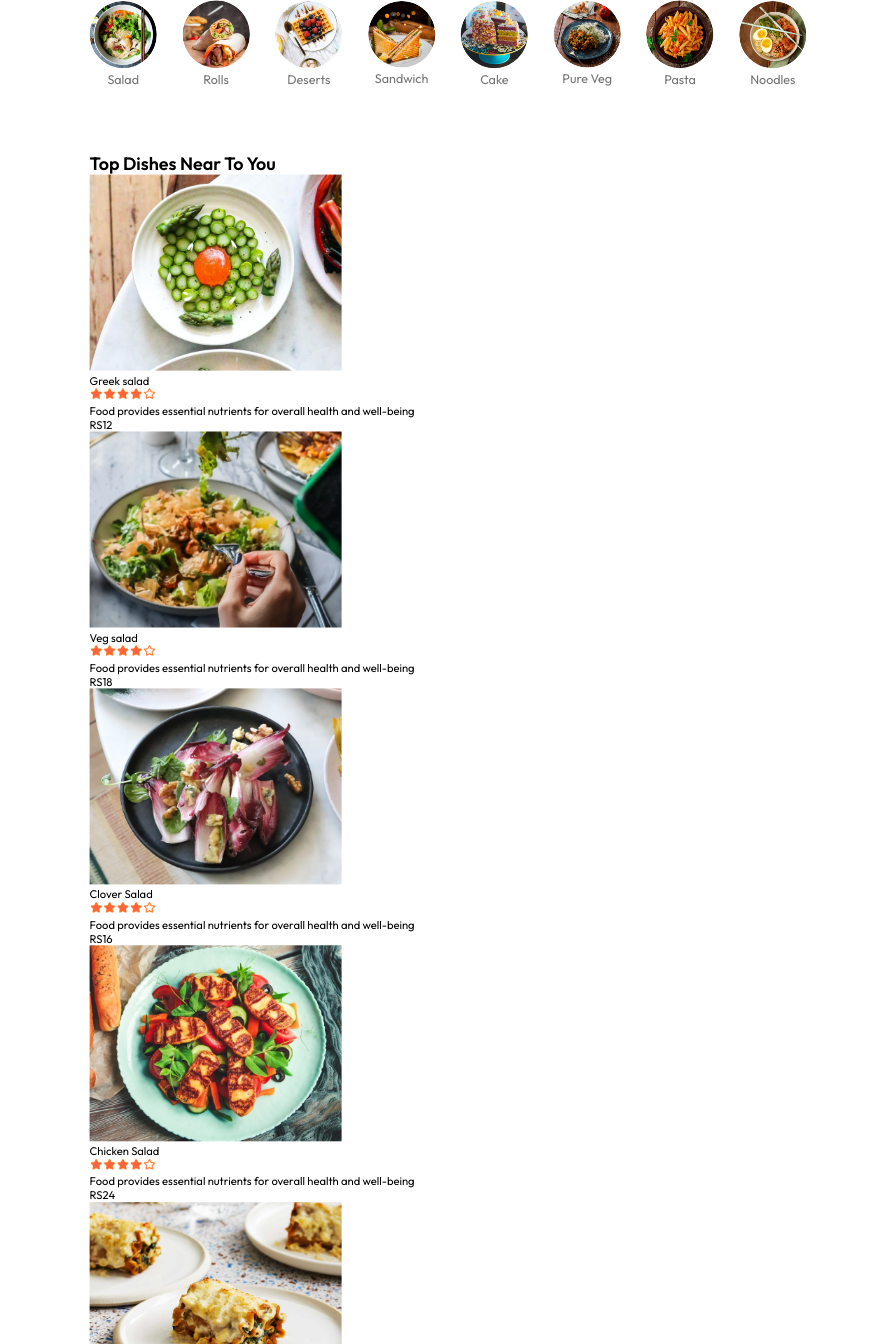
Repository: Attar786/Food-ordering-app
Page: / (app in frontend/)
The author's editor kept a copy of each file at every save. The page is drawn from the files as they stood at one save, then again after the next save.
The browser window is 1280 px wide. The pictures show the part of the page from y = 708 to 2628 px (the page is 12702 px tall before and 4054 px after), at 70% of full size.
The project was rebuilt for these pictures with package versions that can differ from the ones it lists, and the page was loaded fresh each time. Also part of the build but not shown: frontend/vite.config.js, frontend/src/components/FoodItem/FoodItem.css, frontend/src/pages/Cart/Cart.css, frontend/src/pages/Cart/Cart.jsx, frontend/src/pages/PlaceOrder/PlaceOrder.css, frontend/src/pages/PlaceOrder/PlaceOrder.jsx.

Above is the page before, as saved 2024-07-25 20:44:37.

### frontend/src/main.jsx
import ReactDOM from 'react-dom/client'
import App from './App.jsx'
import './index.css'
import {BrowserRouter} from 'react-router-dom'
import StoreContextProvider from './context/StoreContext.jsx'
ReactDOM.createRoot(document.getElementById('root')).render(
<BrowserRouter>

<StoreContextProvider>
<App />
</StoreContextProvider>

    </BrowserRouter>
)

### frontend/src/App.jsx
import './index.css'
import Navbar from "./components/Navbar/Navbar"
import Home from './pages/Home/Home'
import Cart from './pages/Cart/Cart'
import PlaceOrder from './pages/PlaceOrder/PlaceOrder'
import { Route, Routes } from 'react-router-dom'


function App() {

  return (
    <>

  <div className='app'>
  <Navbar/>
<Routes>
<Route path='/' element={<Home/>}/>
<Route path='/cart' element={<Cart/>}/>
<Route path='/order' element={<PlaceOrder/>}/>

</Routes>
  </div>
    </>
  )
}

export default App

### frontend/src/index.css
@import url('https://fonts.googleapis.com/css2?family=Outfit:wght@100..900&display=swap');


*{
margin: 0;
padding: 0;
 box-sizing: border-box;
 font-family: outfit;
}
body{
height: 100vh;
}
a{
text-decoration: none;
color : inherit;
}
.app{
    width: 80%;
    margin: auto;
}
@keyframes fadeIn{
    0%{
        opacity: 0;
    }
    100%{
        opacity: 1;
    }
}

### frontend/src/context/StoreContext.jsx
// import './StoreContext.css';
// import { createContext } from 'react';
// import { food_list } from '../assets/assets';
// export const StoreContext = createContext(null);

// const StoreContextProvider = (props) => {
//   const contextValue = {};
//   food_list
//   return (
//     <StoreContext.Provider value={contextValue}>
//       {props.children}
//     </StoreContext.Provider>
//   );
// };

// export default StoreContextProvider;

import './StoreContext.css';
import { createContext } from 'react';
import { food_list } from '../assets/assets'; // Ensure this path is correct and food_list is correctly exported

export const StoreContext = createContext(null);

const StoreContextProvider = (props) => {
  const contextValue = {
    food_list, // Assign food_list to contextValue
  };

  return (
    <StoreContext.Provider value={contextValue}>
      {props.children}
    </StoreContext.Provider>
  );
};

export default StoreContextProvider;

### frontend/src/components/Navbar/Navbar.jsx
import { useState } from 'react';
import './Navbar.css';
import { assets } from '../../assets/assets';

const Navbar = () => {
  const [menu, setMenu] = useState("home");

  const handleMenuClick = (menuItem) => {
    setMenu(menuItem);
  };

  return (
    <div className="Navbar">
      <img src={assets.logo} alt="Logo" className="logo" />
      <ul className="navbar-menu">
        <li onClick={() => handleMenuClick("home")} className={menu === "home" ? "active" : ""}>Home</li>
        <li onClick={() => handleMenuClick("menu")} className={menu === "menu" ? "active" : ""}>Menu</li>
        <li onClick={() => handleMenuClick("mobile-app")} className={menu === "mobile-app" ? "active" : ""}>Mobile App</li>
        <li onClick={() => handleMenuClick("contact-us")} className={menu === "contact-us" ? "active" : ""}>Contact Us</li>
      </ul>
      <div className="navbar-right">
        <img src={assets.search_icon} alt="search-icon" />
        <div>
          <img src={assets.basket_icon} alt="icons" />
          <div className="dot"></div>
        </div>
        <button>Sign In</button>
      </div>
    </div>
  );
}

export default Navbar;

### frontend/src/pages/Home/Home.jsx
import {useState} from 'react'
import Header from '../../components/Header/Header'
import ExploreMenu from '../../components/ExploreMenu/ExploreMenu'
import './Home.css'
import FoodDisplay from '../../components/FoodDisplay/FoodDisplay'

const Home = () => {
    const [category , setCategory ] = useState('All')
  return (
    <>
<Header/>
<ExploreMenu category={category} setCategory={setCategory}/>
<FoodDisplay category={category} />

</>
)
}

export default Home

### frontend/src/assets/assets.js
import basket_icon from './basket_icon.png'
import logo from './logo.png'
import header_img from './header_img.png'
import search_icon from './search_icon.png'
import menu_1 from './menu_1.png'
import menu_2 from './menu_2.png'
import menu_3 from './menu_3.png'
import menu_4 from './menu_4.png'
import menu_5 from './menu_5.png'
import menu_6 from './menu_6.png'
import menu_7 from './menu_7.png'
import menu_8 from './menu_8.png'

import food_1 from './food_1.png'
import food_2 from './food_2.png'
import food_3 from './food_3.png'
import food_4 from './food_4.png'
import food_5 from './food_5.png'
import food_6 from './food_6.png'
import food_7 from './food_7.png'
import food_8 from './food_8.png'
import food_9 from './food_9.png'
import food_10 from './food_10.png'
import food_11 from './food_11.png'
import food_12 from './food_12.png'
import food_13 from './food_13.png'
import food_14 from './food_14.png'
import food_15 from './food_15.png'
import food_16 from './food_16.png'
import food_17 from './food_17.png'
import food_18 from './food_18.png'
import food_19 from './food_19.png'
import food_20 from './food_20.png'
import food_21 from './food_21.png'
import food_22 from './food_22.png'
import food_23 from './food_23.png'
import food_24 from './food_24.png'
import food_25 from './food_25.png'
import food_26 from './food_26.png'
import food_27 from './food_27.png'
import food_28 from './food_28.png'
import food_29 from './food_29.png'
import food_30 from './food_30.png'
import food_31 from './food_31.png'
import food_32 from './food_32.png'

import add_icon_white from './add_icon_white.png'
import add_icon_green from './add_icon_green.png'
import remove_icon_red from './remove_icon_red.png'
import app_store from './app_store.png'
import play_store from './play_store.png'
import linkedin_icon from './linkedin_icon.png'
import facebook_icon from './facebook_icon.png'
import twitter_icon from './twitter_icon.png'
import cross_icon from './cross_icon.png'
import selector_icon from './selector_icon.png'
import rating_starts from './rating_starts.png'
import profile_icon from './profile_icon.png'
import bag_icon from './bag_icon.png'
import logout_icon from './logout_icon.png'
import parcel_icon from './parcel_icon.png'

export const assets = {
    logo,
    basket_icon,
    header_img,
    search_icon,
    rating_starts,
    add_icon_green,
    add_icon_white,
    remove_icon_red,
    app_store,
    play_store,
    linkedin_icon,
    facebook_icon,
    twitter_icon,
    cross_icon,
    selector_icon,
    profile_icon,
    logout_icon,
    bag_icon,
    parcel_icon
}

export const menu_list = [
    {
        menu_name: "Salad",
        menu_image: menu_1
    },
    {
        menu_name: "Rolls",
        menu_image: menu_2
    },
    {
        menu_name: "Deserts",
        menu_image: menu_3
    },
    {
        menu_name: "Sandwich",
        menu_image: menu_4
    },
    {
        menu_name: "Cake",
        menu_image: menu_5
    },
    {
        menu_name: "Pure Veg",
        menu_image: menu_6
    },
    {
        menu_name: "Pasta",
        menu_image: menu_7
    },
    {
        menu_name: "Noodles",
        menu_image: menu_8
    }]

export const food_list = [
    {
        _id: "1",
        name: "Greek salad",
        image: food_1,
        price: 12,
        description: "Food provides essential nutrients for overall health and well-being",
        category: "Salad"
    },
    {
        _id: "2",
        name: "Veg salad",
        image: food_2,
        price: 18,
        description: "Food provides essential nutrients for overall health and well-being",
        category: "Salad"
    }, {
        _id: "3",
        name: "Clover Salad",
        image: food_3,
        price: 16,
        description: "Food provides essential nutrients for overall health and well-being",
        category: "Salad"
    }, {
        _id: "4",
        name: "Chicken Salad",
        image: food_4,
        price: 24,
        description: "Food provides essential nutrients for overall health and well-being",
        category: "Salad"
    }, {
        _id: "5",
        name: "Lasagna Rolls",
        image: food_5,
        price: 14,
        description: "Food provides essential nutrients for overall health and well-being",
        category: "Rolls"
    }, {
        _id: "6",
        name: "Peri Peri Rolls",
        image: food_6,
        price: 12,
        description: "Food provides essential nutrients for overall health and well-being",
        category: "Rolls"
    }, {
        _id: "7",
        name: "Chicken Rolls",
        image: food_7,
        price: 20,
        description: "Food provides essential nutrients for overall health and well-being",
        category: "Rolls"
    }, {
        _id: "8",
        name: "Veg Rolls",
        image: food_8,
        price: 15,
        description: "Food provides essential nutrients for overall health and well-being",
        category: "Rolls"
    }, {
        _id: "9",
        name: "Ripple Ice Cream",
        image: food_9,
        price: 14,
        description: "Food provides essential nutrients for overall health and well-being",
        category: "Deserts"
    }, {
        _id: "10",
        name: "Fruit Ice Cream",
        image: food_10,
        price: 22,
        description: "Food provides essential nutrients for overall health and well-being",
        category: "Deserts"
    }, {
        _id: "11",
        name: "Jar Ice Cream",
        image: food_11,
        price: 10,
        description: "Food provides essential nutrients for overall health and well-being",
        category: "Deserts"
    }, {
        _id: "12",
        name: "Vanilla Ice Cream",
        image: food_12,
        price: 12,
        description: "Food provides essential nutrients for overall health and well-being",
        category: "Deserts"
    },
    {
        _id: "13",
        name: "Chicken Sandwich",
        image: food_13,
        price: 12,
        description: "Food provides essential nutrients for overall health and well-being",
        category: "Sandwich"
    },
    {
        _id: "14",
        name: "Vegan Sandwich",
        image: food_14,
        price: 18,
        description: "Food provides essential nutrients for overall health and well-being",
        category: "Sandwich"
    }, {
        _id: "15",
        name: "Grilled Sandwich",
        image: food_15,
        price: 16,
        description: "Food provides essential nutrients for overall health and well-being",
        category: "Sandwich"
    }, {
        _id: "16",
        name: "Bread Sandwich",
        image: food_16,
        price: 24,
        description: "Food provides essential nutrients for overall health and well-being",
        category: "Sandwich"
    }, {
        _id: "17",
        name: "Cup Cake",
        image: food_17,
        price: 14,
        description: "Food provides essential nutrients for overall health and well-being",
        category: "Cake"
    }, {
        _id: "18",
        name: "Vegan Cake",
        image: food_18,
        price: 12,
        description: "Food provides essential nutrients for overall health and well-being",
        category: "Cake"
    }, {
        _id: "19",
        name: "Butterscotch Cake",
        image: food_19,
        price: 20,
        description: "Food provides essential nutrients for overall health and well-being",
        category: "Cake"
    }, {
        _id: "20",
        name: "Sliced Cake",
        image: food_20,
        price: 15,
        description: "Food provides essential nutrients for overall health and well-being",
        category: "Cake"
    }, {
        _id: "21",
        name: "Garlic Mushroom ",
        image: food_21,
        price: 14,
        description: "Food provides essential nutrients for overall health and well-being",
        category: "Pure Veg"
    }, {
        _id: "22",
        name: "Fried Cauliflower",
        image: food_22,
        price: 22,
        description: "Food provides essential nutrients for overall health and well-being",
        category: "Pure Veg"
    }, {
        _id: "23",
        name: "Mix Veg Pulao",
        image: food_23,
        price: 10,
        description: "Food provides essential nutrients for overall health and well-being",
        category: "Pure Veg"
    }, {
        _id: "24",
        name: "Rice Zucchini",
        image: food_24,
        price: 12,
        description: "Food provides essential nutrients for overall health and well-being",
        category: "Pure Veg"
    },
    {
        _id: "25",
        name: "Cheese Pasta",
        image: food_25,
        price: 12,
        description: "Food provides essential nutrients for overall health and well-being",
        category: "Pasta"
    },
    {
        _id: "26",
        name: "Tomato Pasta",
        image: food_26,
        price: 18,
        description: "Food provides essential nutrients for overall health and well-being",
        category: "Pasta"
    }, {
        _id: "27",
        name: "Creamy Pasta",
        image: food_27,
        price: 16,
        description: "Food provides essential nutrients for overall health and well-being",
        category: "Pasta"
    }, {
        _id: "28",
        name: "Chicken Pasta",
        image: food_28,
        price: 24,
        description: "Food provides essential nutrients for overall health and well-being",
        category: "Pasta"
    }, {
        _id: "29",
        name: "Buttter Noodles",
        image: food_29,
        price: 14,
        description: "Food provides essential nutrients for overall health and well-being",
        category: "Noodles"
    }, {
        _id: "30",
        name: "Veg Noodles",
        image: food_30,
        price: 12,
        description: "Food provides essential nutrients for overall health and well-being",
        category: "Noodles"
    }, {
        _id: "31",
        name: "Somen Noodles",
        image: food_31,
        price: 20,
        description: "Food provides essential nutrients for overall health and well-being",
        category: "Noodles"
    }, {
        _id: "32",
        name: "Cooked Noodles",
        image: food_32,
        price: 15,
        description: "Food provides essential nutrients for overall health and well-being",
        category: "Noodles"
    }
]

### frontend/src/components/Navbar/Navbar.css
.Navbar{
    padding: 20px 0;
    display: flex;
    justify-content: space-between;
    align-items: center;
}
.Navbar .logo{
    width: 150px;
}
.navbar-menu{
    display: flex;
    list-style: none;
    gap: 20px;
    font: 18px;
    color: #49557e;
    cursor: pointer;
}
.navbar-right{
    display: flex;
    align-items: center;
    gap: 25px;

}
.Navbar button{
    font-size: 15px;
    border: 1px solid #49557e;
    background: transparent;
    padding: 10px 25px;
    cursor: pointer;
    border-radius: 40px;
    transition: 0.3s;
}
.Navbar button:hover{
    background-color: #fff4f2;
}
.Navbar .navbar-menu .active{
    padding-bottom: 2px;
    border-bottom: 2px solid #49557e;

}
.search-icon{
    position: relative;
}
/* .search-icon .dot{ */
    /* position: absolute;
    top: -5px;
    right: -5px;
    width: 10px;
    height: 10px;
    background-color: blue;
    border-radius: 50%;
} */
.dot {
    position: absolute;
    top: 12px; /* Adjust as needed */
    right: 268px; /* Adjust as needed */
    width: 10px;
    height: 10px;

    background-color: tomato;
    border-radius: 50%;
  }

### frontend/src/components/Header/Header.jsx
import "./Header.css";
const Header = () => {
  return (
    <div className="header">
      <div className="header-contents">
        <h2>order your Favourite Food Here</h2>
        <p>
          Lorem ipsum dolor sit amet consectetur adipisicing elit. Ab,
          repudiandae. Odio architecto libero enim minima.
        </p>
        <button>View Menu</button>
      </div>
    </div>
  );
};

export default Header;

### frontend/src/components/ExploreMenu/ExploreMenu.jsx
import './ExploreMenu.css'
import { menu_list } from '../../assets/assets';
import PropTypes from 'prop-types'
const ExploreMenu = ({ category, setCategory }) => {
  return (
    <div className='explore-menu' id='explore-menu'>
      <h1 className='explore-menu-title'>Explore our Menu</h1>
      <p className='explore-menu-text'>Lorem ipsum dolor sit, amet consectetur adipisicing elit. Quam, eos?</p>
      <div className='explore-menu-list'>
        {menu_list.map((item, index) => {
          return (
            <div onClick={() => setCategory(prev => prev === item.menu_name ? "All" : item.menu_name)} key={index} className='explore-menu-list-item'>
              <img className={category === item.menu_name ? "active" : ""} src={item.menu_image} alt="" />
              <p>{item.menu_name}</p>
            </div>
          )
        })}
      </div>
      <hr />
    </div>
  )
}
    ExploreMenu.propTypes = {
    category: PropTypes.string.isRequired,
    setCategory: PropTypes.func.isRequired,
  };

export default ExploreMenu;

### frontend/src/components/FoodDisplay/FoodDisplay.jsx
import { useContext } from 'react';
import './FoodDisplay.css';
import { StoreContext } from '../../context/StoreContext';
import FoodItem from '../FoodItem/FoodItem';
const FoodDisplay = ({ category }) => {
  const { food_list } = useContext(StoreContext);
  if (!food_list) {
    return <div>Loading...</div>; // Handle loading state or error
  }
  return (
    <div className='food-display' id='food-display'>
      <h2>Top Dishes Near To You</h2>
      <div className='food-display-list'>
        {food_list.map((item, index) => (
          <FoodItem
            key={index}
            id={item._id}
            name={item.name}
            description={item.description}
            price={item.price}
            image={item.image}
          />
        ))}
      </div>
    </div>
  );
};

export default FoodDisplay;

### frontend/src/components/Header/Header.css
.header{
    height: 35vw;
    margin: 30px auto;
    background: url('/header_img.png') no-repeat;
    background-size: contain;
    position: relative;
}
.header-contents{
position: absolute;
display: flex;
flex-direction: column;
align-items: start;
gap: 1.5vw;
max-width: 50%;
bottom: 10%;
left: 6vw;
animation: fadeIn 3s;
}

.header-contents h2{
    font-weight: 500;
    color: white;
    font-size: max(4.5vw, 22px);
}
.header-contents p{
    color: white;
    font-size: 1vw;

}
.header-contents button{
    font-weight: 500;
    color: #747474;
    border: none;
    padding: 1vw 2.3vw;
    background-color: white;
    border-radius: 50px;
    font-size: max(1vw,12px);


}

### frontend/src/components/ExploreMenu/ExploreMenu.css
.explore-menu{
    display: flex;
    flex-direction: column;
    gap: 20px;
}
.explore-menu h1{
    color: #262626;
    font-weight: 500;
}
.explore-menu-text{
    max-width: 60%;
    columns: #808080;
}
.explore-menu-list {
    display: flex;
    justify-content: space-between;
    align-items:center;
    gap: 30px;
    text-align: center;
    margin: 20px 0px;
    overflow: scroll;
}
.explore-menu-list::-webkit-scrollbar{
    display: none;
}
.explore-menu-list-item img{
    width: 7.5vw;
    min-width: 85px;
    cursor: pointer;
    border-radius: 50%;
    transition: 0.3s;
}

.explore-menu-list-item p{
    cursor: pointer;
    color: #747474;
    font-size: max(1.4vw, 16px)
}
.explore-menu hr{
    margin: 10px 0px;
    height: 2px;
    color: #e2e2e2;
    border: none;
}
.explore-menu-list-item .active{
    border:3px solid tomato;
    padding: 2px;
}

### frontend/src/components/FoodDisplay/FoodDisplay.css
.food-display{
    margin-top: 30px;
}
.food-display h2{
    font-size: max(2vw, 24px);
    font-weight: 600;
}

### frontend/src/components/FoodItem/FoodItem.jsx
import './FoodItem.css';
import { assets } from '../../assets/assets'; // Ensure this path is correct and that assets contains rating_starts

const FoodItem = ({ id, name, price, description, image }) => {
  return (
    <div className='food-item'>
      <div className='food-item-img-container'>
        <img className='food-item-image' src={image} alt={name} />
      </div>
      <div className='food-item-info'>
        <div className='food-item-name-rating'>
          <p>{name}</p>
          <img src={assets.rating_starts} alt="Rating" />
        </div>
        <p className='food-item-description'>
          {description}
        </p>
        <p className='food-item-price'>RS{price}</p>      </div>
    </div>
  );
};

export default FoodItem;

Loaded but not shown: frontend/index.html (common file); frontend/src/context/StoreContext.css (no stored copy; drawn as an empty file); frontend/src/pages/Home/Home.css (no stored copy; drawn as an empty file)

After the next save:
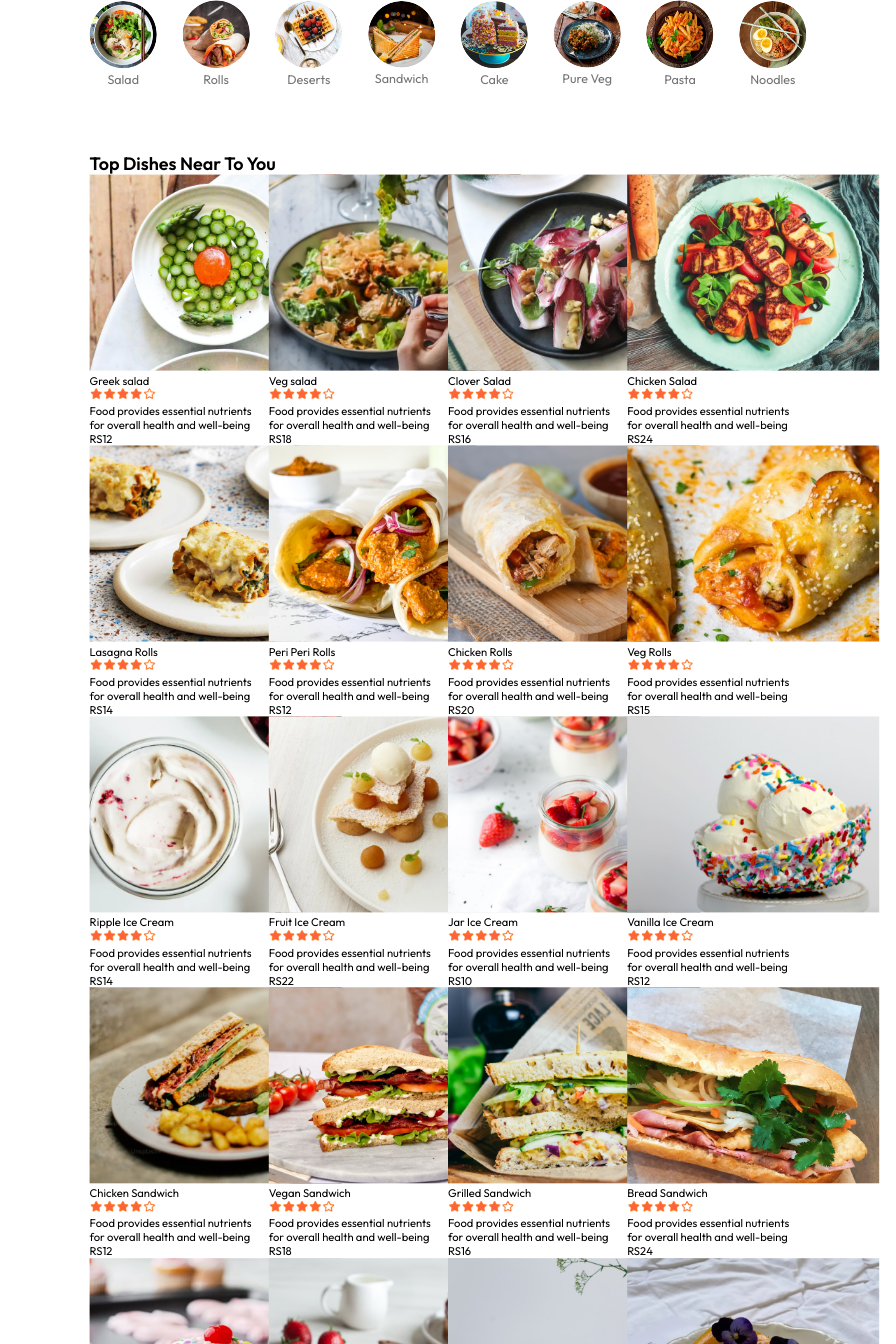
Saved 2 min 1 s later.
--- a/frontend/src/components/FoodDisplay/FoodDisplay.css
+++ b/frontend/src/components/FoodDisplay/FoodDisplay.css
@@ -5,3 +5,7 @@
     font-size: max(2vw, 24px);
     font-weight: 600;
 }
+.food-display-list{
+    display: grid;
+    grid-template-columns: repeat(auto-fill,minmax(240px,1fr));
+}
